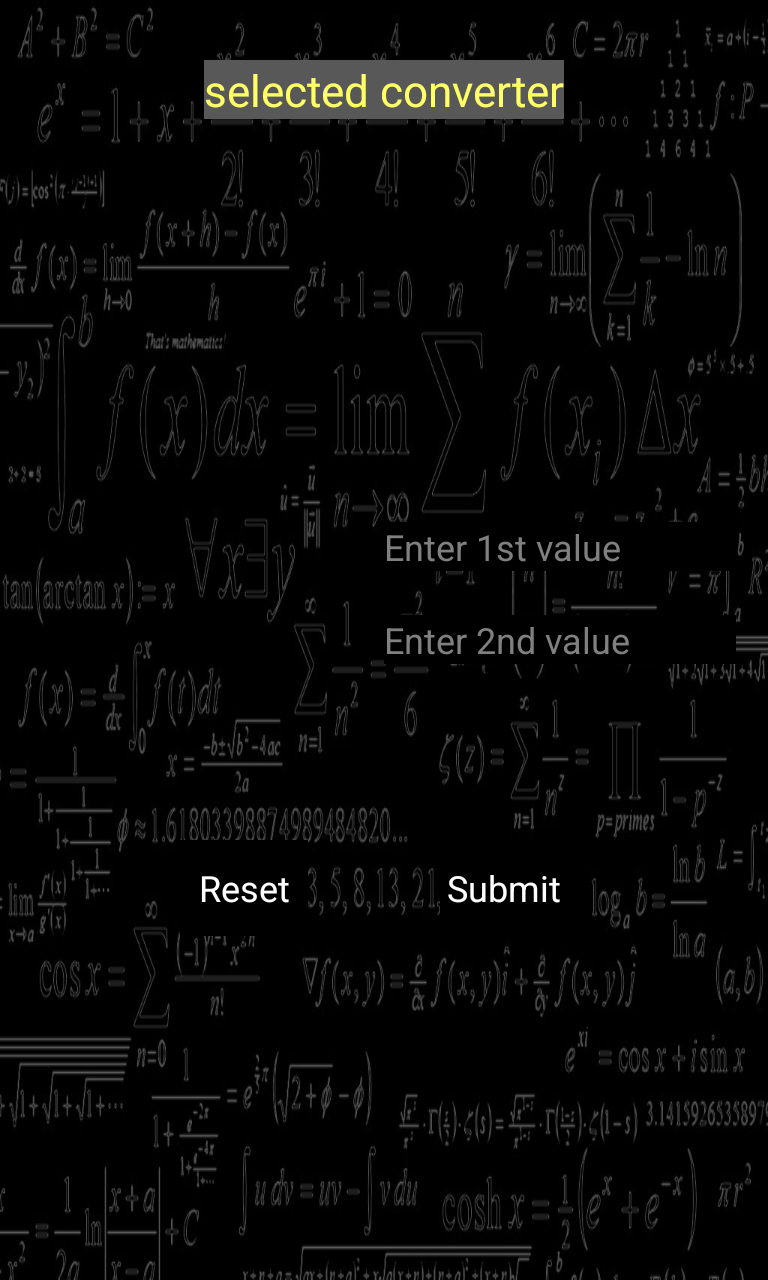
Repository: priyankaaj/practiced-apps
Layout: Converter/res/layout/activity_main.xml
The author's editor kept a copy of each file at every save. The layout is drawn from the files as they stood at one save, then again after the next save.
It is drawn on a 768 x 1280 px phone screen (xhdpi) without system bars, with theme AppTheme; the app's code is not run.

Above is the layout before, as saved 2015-09-24 19:05:28.

After the next save:
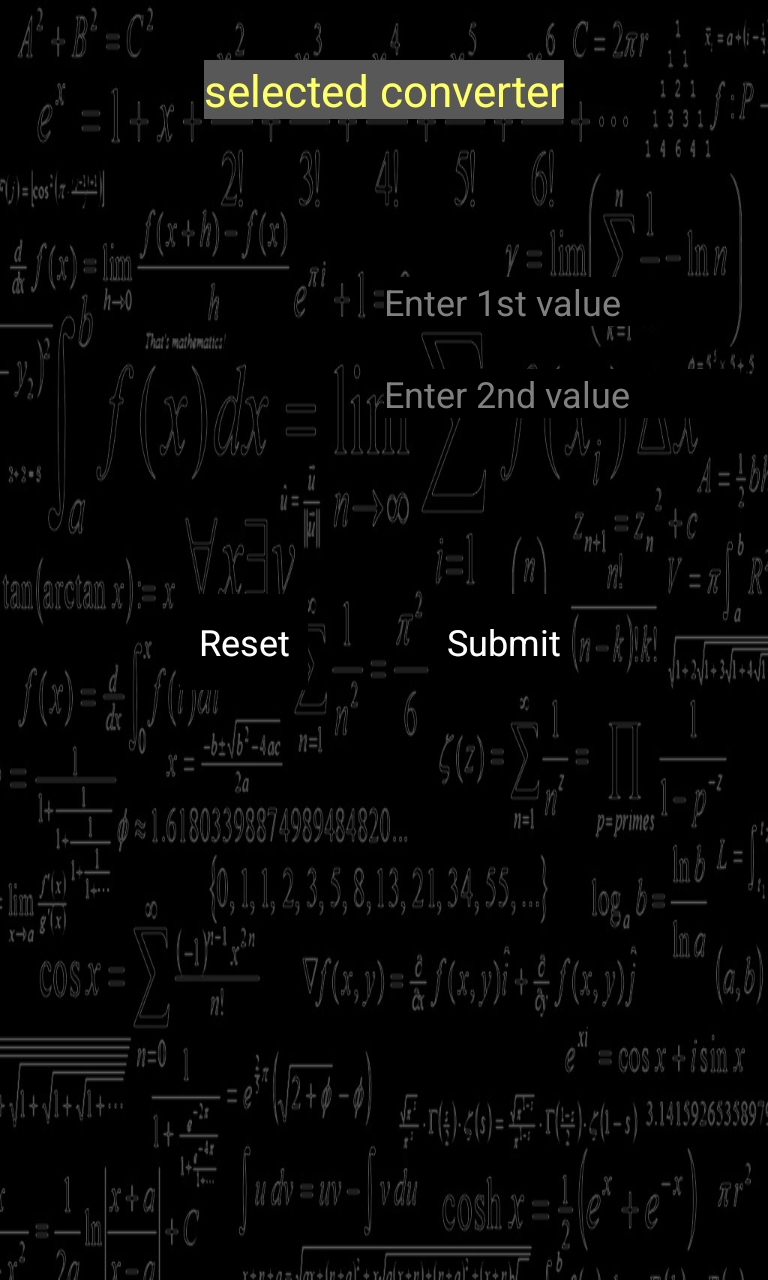
Saved 81 s later.
--- a/Converter/res/layout/activity_main.xml
+++ b/Converter/res/layout/activity_main.xml
@@ -60,19 +60,23 @@
         android:layout_width="wrap_content"
         android:layout_height="wrap_content"
         android:layout_alignLeft="@+id/entvalue1"
-        android:layout_centerVertical="true"
+        android:layout_below="@+id/spinnerconvertoptions"
+        android:layout_marginTop="106dp"
         android:background="#000000"
         android:ems="10"
         android:hint="Enter 2nd value"
-        android:textColor="#ffffff" />
+        android:textColor="#ffffff" >
+
+        <requestFocus />
+    </EditText>
 
     <EditText
         android:id="@+id/entvalue1"
         android:layout_width="wrap_content"
         android:layout_height="wrap_content"
-        android:layout_above="@+id/entvalue2"
+        android:layout_alignBottom="@+id/entvalue2"
         android:layout_alignLeft="@+id/spinnerconvertoptions"
-        android:layout_marginBottom="22dp"
+        android:layout_marginBottom="46dp"
         android:background="#000000"
         android:ems="10"
         android:hint="Enter 1st value"
